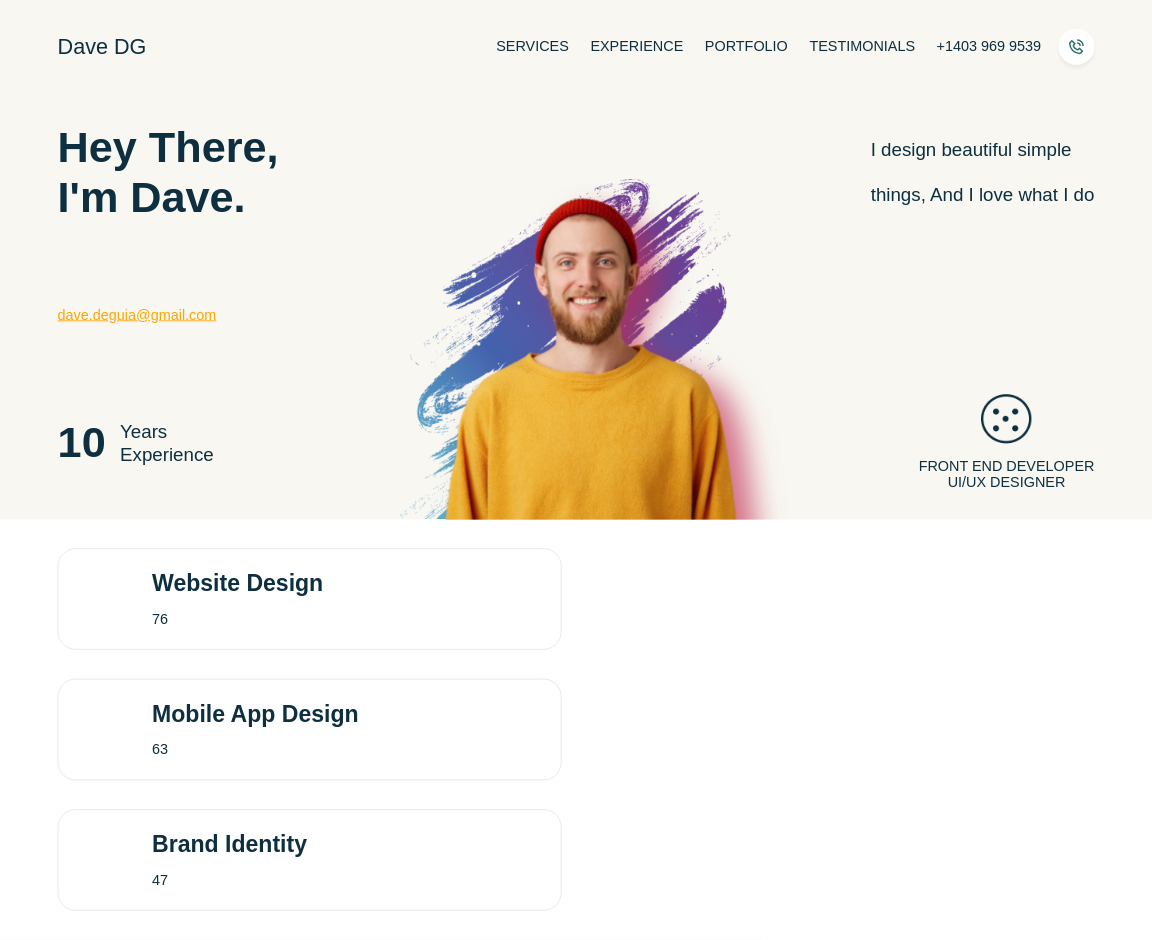
Repository: davedeguia/framer-motion-portfolio
Page: /
These files come from the project's save history. The page is drawn as it stood at one moment and after the next save; the edit follows.
The browser window is 1280 px wide. The pictures show the whole page, at 90% of full size.
Some web fonts or font styles are not loaded; a fallback is used. The project was rebuilt for these pictures with package versions that can differ from the ones it lists, and the page was loaded fresh each time. Also part of the build but not shown: vite.config.js.

Above is the page before, as saved 2023-02-10 05:25:15.

After the next save:
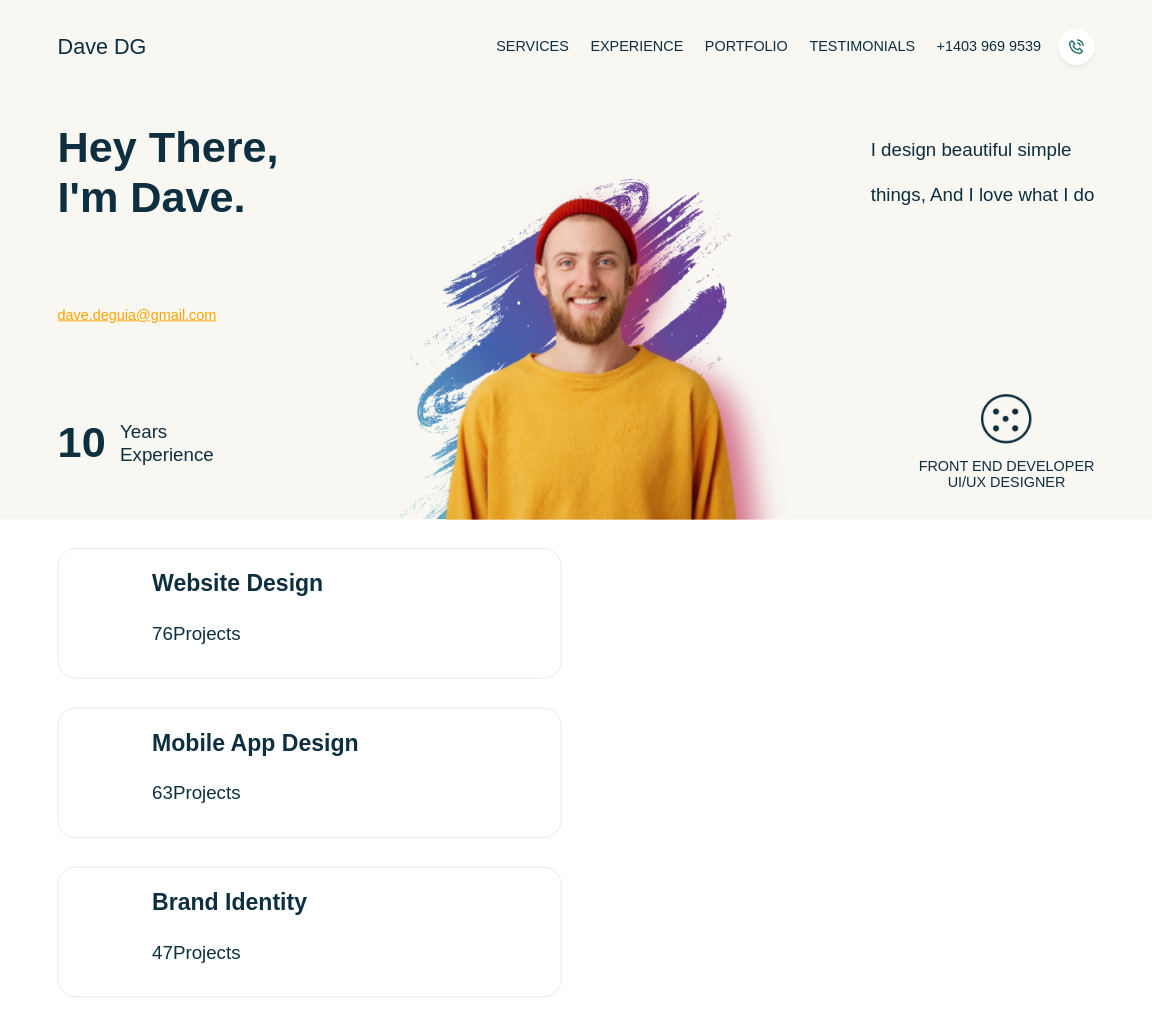
Saved 2 min 32 s later.
--- a/src/components/Experties/Experties.jsx
+++ b/src/components/Experties/Experties.jsx
@@ -18,7 +18,7 @@ const Experties = () => {
 
                 <div>
                   <span>{exp.name}</span>
-                  <span>{exp.projects}</span>
+                  <span className='secondaryText'>{exp.projects}Projects</span>
                 </div>
               </div>
             )
